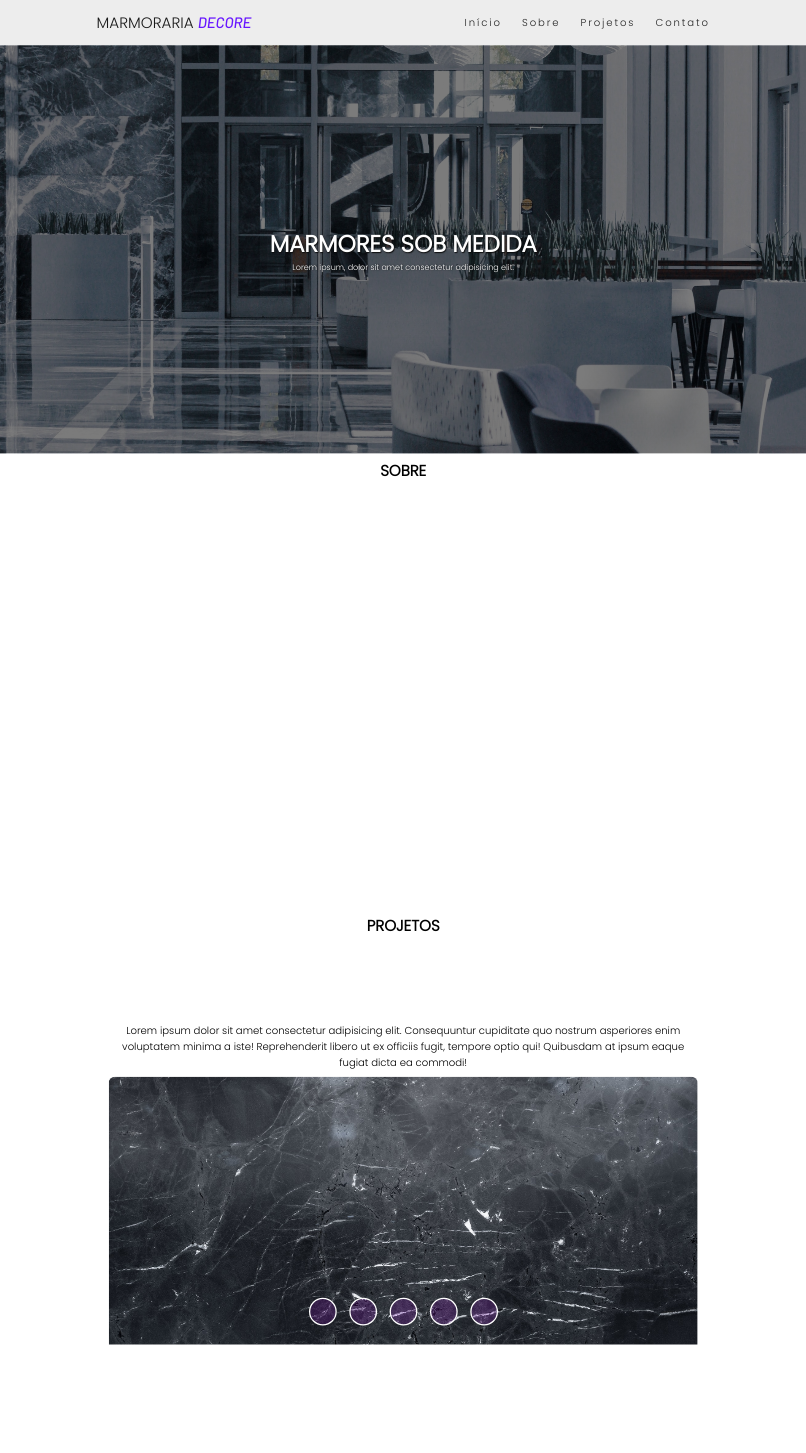
Repository: XFERRER7/projeto-xt7
Page: projetoMarmoraria/index.html
These files come from the project's save history. The page is drawn as it stood at one moment and after the next save; the edit follows.
The browser window is 1280 px wide. The pictures show the whole page, at 63% of full size.

Above is the page before, as saved 2022-04-21 17:28:53.

### projetoMarmoraria/index.html
<!DOCTYPE html>
<html lang="pt-br">

<head>
  <meta charset="UTF-8">
  <meta http-equiv="X-UA-Compatible" content="IE=edge">
  <meta name="viewport" content="width=device-width, initial-scale=1.0">
  <title>Marmoraria Decore</title>
  <link rel="stylesheet" href="css/style.css">

</head>

<body>
  <header>
    <nav>
      <a class="logo" href="#">MARMORARIA <span id="decore">DECORE</span></a>
      <div class="mobile-menu">
        <div class="line1"></div>
        <div class="line2"></div>
        <div class="line3"></div>
      </div>
      <ul class="nav-list">
        <li><a href="#">Início</a></li>
        <li><a href="#">Sobre</a></li>
        <li><a href="#">Projetos</a></li>
        <li><a href="#">Contato</a></li>
      </ul>
    </nav>
    <div class="hero-section">
      <div class="hero-section-text">
        <h1 id="titulo-header">MARMORES SOB MEDIDA</h1>
        <p id="paragrafo-header">Lorem ipsum, dolor sit amet consectetur adipisicing elit.</p>
      </div>
    </div>
  </header>
  <main>


    <section class="section-b">
      <h1 id="section-b-h1">SOBRE</h1>
    </section>




    <div id="divisa"></div>





    <section class="section-a">
      <h1 id="section-a-h1">PROJETOS</h1>
      <div class="content">
        <p class="desc" id="descricao">Lorem ipsum dolor sit amet consectetur adipisicing elit. Consequuntur cupiditate quo nostrum asperiores enim voluptatem minima a iste! Reprehenderit libero ut ex officiis fugit, tempore optio qui! Quibusdam at ipsum eaque fugiat dicta ea commodi!</p>
        <div class="slides">
          <input type="radio" name="slide" id="slide1" checked>
          <input type="radio" name="slide" id="slide2">
          <input type="radio" name="slide" id="slide3">
          <input type="radio" name="slide" id="slide4">
          <input type="radio" name="slide" id="slide5">
          <div class="slide s1">
            <img src="./img/2.jpg" alt="img-1">
          </div>
          <div class="slide">
            <img src="./img/1.jpg" alt="img-2">
          </div>
          <div class="slide">
            <img src="./img/3.jpg" alt="img-3">
          </div>
          <div class="slide">
            <img src="./img/4.jpg" alt="img-4">
          </div>
          <div class="slide">
            <img src="./img/5.jpg" alt="img-5">
          </div>
        </div>
        <div class="navigation">
          <!-- Aqui ficará os labels para selecionar os inputs das imagens-->
          <label class="bar" id="lbl1" for="slide1" onclick="mudarTextoLbl1()"></label>
          <label class="bar" id="lbl2" for="slide2" onclick="mudarTextoLbl2()"></label>
          <label class="bar" id="lbl3" for="slide3" onclick="mudarTextoLbl3()"></label>
          <label class="bar" id="lbl4" for="slide4" onclick="mudarTextoLbl4()"></label>
          <label class="bar" id="lbl5" for="slide5" onclick="mudarTextoLbl5()"></label>
        </div>
      </div>
    </section>

  </main>




  <script src="js/menu-bar.js"></script>
  <script src="js/changeText.js"></script>

  <footer>

  </footer>
</body>

</html>

### projetoMarmoraria/css/style.css
@import url('https://fonts.googleapis.com/css2?family=Poppins:ital,wght@0,300;1,100&display=swap');
@import url('https://fonts.googleapis.com/css2?family=Barlow:ital,wght@1,500&display=swap');

* {
  margin: 0;
  padding: 0;
  box-sizing: border-box;
  font-family: 'Poppins', sans-serif;
}

::-webkit-scrollbar {
  width: 15px;
}

::-webkit-scrollbar-track {
  background: #ffffff;

}

::-webkit-scrollbar-thumb {
  background: rgb(154, 2, 255);
  border-radius: 3px;
}

/*----------------------------------MENU-BAR----------------------------------*/
a {
  color: rgb(37, 37, 37);
  text-decoration: none;
  transition: 0.8s;
}

a:hover {
  color: blue;
  opacity: 0.7;
}

.logo {
  font-size: 1.5em;
  text-transform: uppercase;
  color: rgb(26, 26, 26);
}

#decore {
  font-family: 'Barlow', sans-serif;
  color: #6817ff;
}

nav {
  display: flex;
  justify-content: space-around;
  align-items: center;
  font-family: 'Poppins', sans-serif;
  background: #ededed;
  height: 10vh;
}


.nav-list {
  list-style: none;
  display: flex;
}

.nav-list li {
  letter-spacing: 3px;
  margin-left: 32px;
}

.mobile-menu {
  display: none;
  cursor: pointer;
}

.mobile-menu div {
  width: 32px;
  height: 2px;
  background: rgb(20, 24, 255);
  margin: 8px;
  transition: 0.3s;
}

@media (max-width: 999px) {
  body {
    overflow-x: hidden;
  }

  .logo {
    font-size: 1.8rem;
  }

  .nav-list {
    overflow-x: hidden;
    position: fixed;
    top: 10vh;
    right: 0;
    width: 50vw;
    height: 40vh;
    background: #ededed;
    flex-direction: column;
    align-items: center;
    justify-content: space-around;
    transform: translateX(100%);
    transition: transform 0.3s ease-in;
  }

  .nav-list li {
    margin-left: 0;
    opacity: 0;
  }

  .mobile-menu {
    display: block;
  }
}

.nav-list.active {
  transform: translateX(0);
}

@keyframes navLinkFade {
  from {
    opacity: 0;
    transform: translateX(50px);
  }

  to {
    opacity: 1;
    transform: translateX(0);
  }
}

.mobile-menu.active .line1 {
  transform: rotate(-45deg) translate(-8px, 8px);
}

.mobile-menu.active .line2 {
  opacity: 0;
}

.mobile-menu.active .line3 {
  transform: rotate(45deg) translate(-5px, -7px);
}

/*------------------------------IMAGEM DO HEADER------------------------------*/
.hero-section {
  background-image: linear-gradient(to bottom, rgba(0, 0, 0, 0.516), rgba(0, 0, 0, 0.516)), url(../img/img-header.jpg);
  background-position: 50%;
  background-repeat: no-repeat;
  background-size: cover;
  height: 90vh;
  text-align: center;
  display: -webkit-flex;
  display: -ms-flexbox;
  display: flex;
  -webkit-align-items: center;
  -ms-flex-align: center;
  align-items: center;
  -webkit-justify-content: center;
  -ms-flex-pack: center;
  justify-content: center;
}

#titulo-header {
  font-size: 2.3rem;
}

#paragrafo-header {
  font-size: 0.8rem;
}

.hero-section .hero-section-text {
  color: #fefefe;
  text-shadow: 1px 1px 2px #0a0a0a;
}


main {
  margin: 0;
  padding: 0;
  height: 150vh;
  width: 100%;
  position: absolute;
}

/*------------------------------------Sobre------------------------------------*/

.section-b {
  height: 100vh;
  background-color: #ffffff;
}

#section-b-h1 {
  text-align: center;
  padding-top: 10px;
}

/*------------------------------Slider de imagens------------------------------*/

.section-a {
  height: 120vh;
  background-color: #ffffff;
  position: relative;
}

#section-a-h1 {
  text-align: center;
  padding-top: 10px;
}

.content {
  height: 520px;
  width: 935px;
  overflow: hidden;
  position: absolute;
  top: 50%;
  left: 50%;
  transform: translate(-50%, -50%);
}

.desc {
  text-align: center;
  padding: 10px;
}

.navigation {
  position: absolute;
  bottom: 20px;
  left: 50%;
  transform: translate(-50%);
  display: flex;
}

.bar {
  background-color: #b617ff28;
  height: 20px;
  width: 20px;
  padding: 20px;
  border: 2px solid rgb(255, 255, 255);
  margin: 6px;
  border-radius: 5px;
  border-radius: 50%;
  cursor: pointer;
  transition: .4s;
  margin: 10px;
}

.bar:hover {
  background: #fff;
}

input {
  display: none;
}

.slides {
  display: flex;
  width: 500%;
  height: 100%;
}

.slide {
  width: 20%;
  transition: .6s;
}

.slide img {
  width: 100%;
  height: 100%;
  border-radius: 10px;
}

#slide1:checked~.s1 {
  margin-left: 0;
}

#slide2:checked~.s1 {
  margin-left: -20%;
}

#slide3:checked~.s1 {
  margin-left: -40%;
}

#slide4:checked~.s1 {
  margin-left: -60%;
}

#slide5:checked~.s1 {
  margin-left: -80%;
}

@media (max-width: 999px) {

  .content {
    margin-top: -350px;
    width: 100%;

  }



}

#divisa {
  height: 2px;
  background-color: #ffffff;
}

### projetoMarmoraria/js/menu-bar.js
class MobileNavbar {
  constructor(mobileMenu, navList, navLinks) {
    this.mobileMenu = document.querySelector(mobileMenu);
    this.navList = document.querySelector(navList);
    this.navLinks = document.querySelectorAll(navLinks);
    this.activeClass = "active";

    this.handleClick = this.handleClick.bind(this);
  }

  animateLinks() {
    this.navLinks.forEach((link, index) => {
      link.style.animation
        ? (link.style.animation = "")
        : (link.style.animation = `navLinkFade 0.5s ease forwards ${
            index / 7 + 0.3
          }s`);
    });
  }

  handleClick() {
    this.navList.classList.toggle(this.activeClass);
    this.mobileMenu.classList.toggle(this.activeClass);
    this.animateLinks();
  }

  addClickEvent() {
    this.mobileMenu.addEventListener("click", this.handleClick);
  }

  init() {
    if (this.mobileMenu) {
      this.addClickEvent();
    }
    return this;
  }
}

const mobileNavbar = new MobileNavbar(
  ".mobile-menu",
  ".nav-list",
  ".nav-list li",
);
mobileNavbar.init();

### projetoMarmoraria/js/changeText.js
function mudarTextoLbl1() {
  document.getElementById('descricao').textContent = "Lorem ipsum dolor sit amet consectetur adipisicing elit. Hic, nisi exercitationem harum officia facilis nihil vitae eligendi provident architecto quis quod unde quas incidunt assumenda corporis iste repudiandae esse voluptatibus?";
}
function mudarTextoLbl2() {
  document.getElementById('descricao').textContent = "Lorem ipsum dolor sit, amet consectetur adipisicing elit. Sapiente distinctio ipsa incidunt non exercitationem laboriosam animi id accusamus placeat, commodi, veniam rerum ut! Fugiat tenetur unde nihil minima fuga veniam odio nulla pariatur eum reiciendis.";
}
function mudarTextoLbl3() {
  document.getElementById('descricao').textContent = "Lorem ipsum dolor sit amet consectetur adipisicing elit. Quas nisi saepe nobis? Maxime blanditiis illo animi tempora maiores expedita qui eum, iusto, ratione odit quia repellendus delectus voluptate nobis nam tenetur, officiis magnam quisquam fugiat dicta nisi id natus. Magnam.";
}
function mudarTextoLbl4() {
  document.getElementById('descricao').textContent = "Lorem ipsum dolor sit amet, consectetur adipisicing elit. Quos eius dolor libero iste impedit nesciunt animi totam corporis id quod.";
}
function mudarTextoLbl5() {
  document.getElementById('descricao').textContent = "Lorem ipsum dolor sit amet, consectetur adipisicing elit. Obcaecati nulla quos quia? Consectetur laudantium illum asperiores excepturi. Itaque ab, rem tempore ullam, fugit aspernatur est alias quaerat expedita nulla, unde recusandae dolore quidem reiciendis atque?";
}

After the next save:
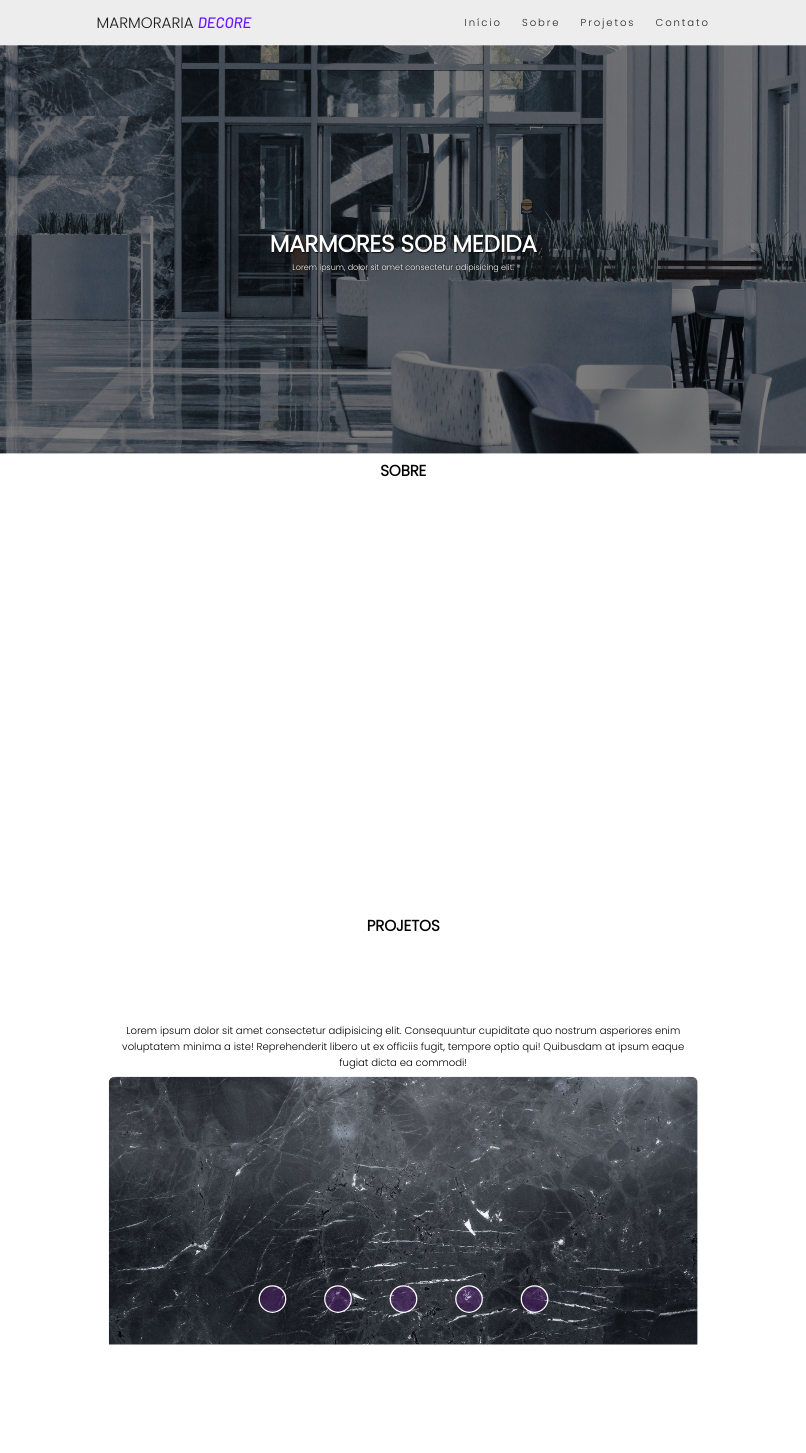
Saved 4 s later.
--- a/projetoMarmoraria/css/style.css
+++ b/projetoMarmoraria/css/style.css
@@ -240,7 +240,7 @@ main {
   border-radius: 50%;
   cursor: pointer;
   transition: .4s;
-  margin: 10px;
+  margin: 30px;
 }
 
 .bar:hover {
